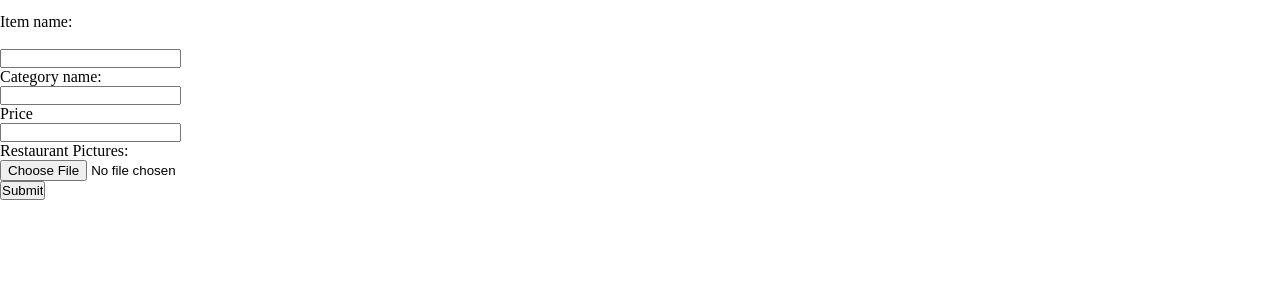
Repository: jatannoury/Ecommerce-Laravel-Electron
Page: Admin-electron/src/HTML/add_item.html
These files come from the project's save history. The page is drawn as it stood at one moment and after a run of saves; the edit follows.
The browser window is 1280 px wide. The pictures show the whole page.

Above is the page before, as saved 2022-06-10 22:27:52.

After the next 7 saves:
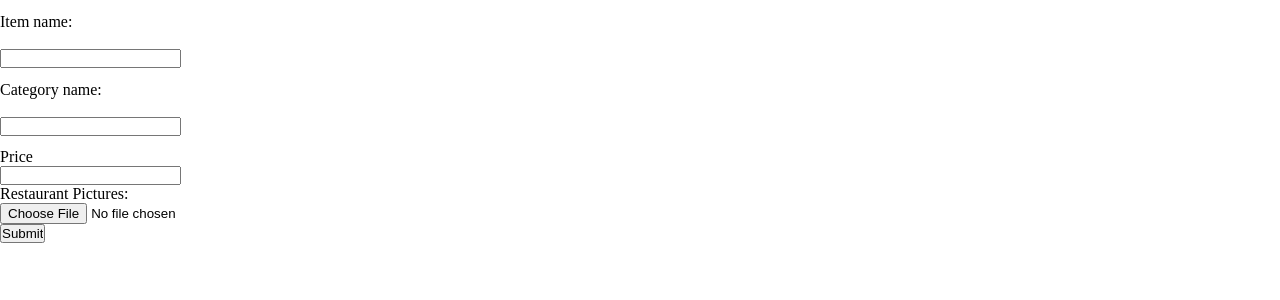
The 7 saves are shown as one change because they came seconds apart.
The last was saved 34 s later.
--- a/Admin-electron/src/HTML/add_item.html
+++ b/Admin-electron/src/HTML/add_item.html
@@ -11,9 +11,9 @@
         <form action="/action_page.php">
             <div for="item_name" class="one" id="item_name ">Item name:</div><br>
             <input type="text"  name="fname" ><br>
-            <label for="Category_name" id="Category_name">Category name:</label><br>
+            <div for="Category_name" class="one" id="Category_name">Category name:</div><br>
             <input type="text"  name="fname" ><br>
-            <label for="price" id="price">Price</label><br>
+            <div for="price" class="one" id="price">Price</label><br>
             <input type="text"  name="fname" ><br>
             <div >
             <label for="pictures">Restaurant Pictures:</label><br>
